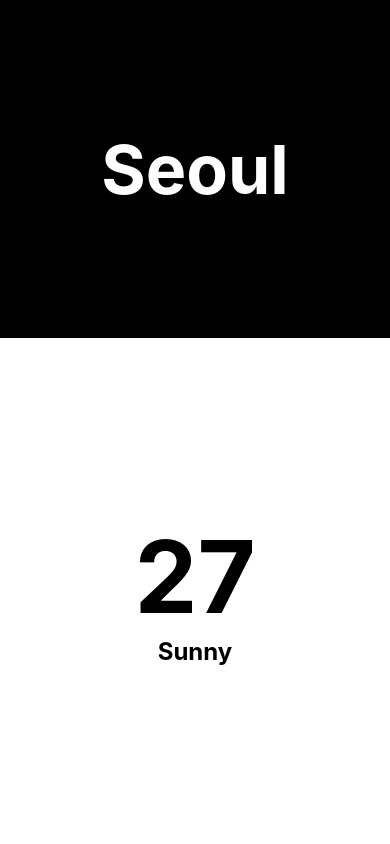
Repository: NewTurn2017/React-Native-Weather-App
Screen: /
An editor plug-in stored every save of this project. The screen is shown before and after the next save, followed by the edit.
The app was drawn by React Native's web renderer in a window 390 px wide. The project was rebuilt for these pictures with package versions that can differ from the ones it lists, and the page was loaded fresh each time.

Above is the screen before, as saved 2023-04-21 10:58:20.

### App.js
import { StatusBar } from 'expo-status-bar'
import { View, Text, StyleSheet } from 'react-native'

export default function App() {
  return (
    <View style={styles.container}>
      <StatusBar style="light" />
      <View style={styles.city}>
        <Text style={styles.cityName}>Seoul</Text>
      </View>
      <View style={styles.weather}>
        <View style={styles.day}>
          <Text style={styles.temp}>27</Text>
          <Text style={styles.description}>Sunny</Text>
        </View>
      </View>
    </View>
  )
}
const styles = StyleSheet.create({
  container: {
    flex: 1,
    backgroundColor: 'black',
  },
  cityName: {
    color: 'white',
    fontSize: 68,
    fontWeight: 'bold',
  },
  city: {
    flex: 2,
    backgroundColor: 'black',
    alignItems: 'center',
    justifyContent: 'center',
  },
  weather: {
    flex: 3,
    backgroundColor: 'white',
    alignItems: 'center',
    justifyContent: 'center',
  },
  day: {
    justifyContent: 'space-around',
    alignItems: 'center',
    paddingHorizontal: 20,
  },
  temp: {
    color: 'black',
    fontSize: 100,
    fontWeight: 'bold',
  },
  description: {
    color: 'black',
    fontSize: 24,
    fontWeight: 'bold',
  },
})

After the next save:
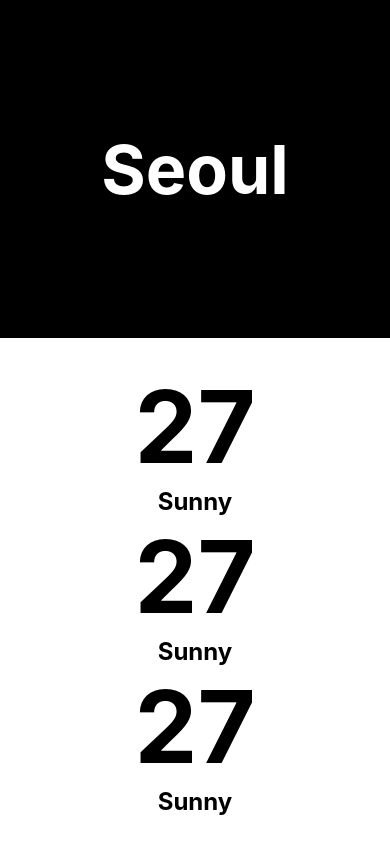
Saved 11 s later.
--- a/App.js
+++ b/App.js
@@ -9,6 +9,14 @@ export default function App() {
         <Text style={styles.cityName}>Seoul</Text>
       </View>
       <View style={styles.weather}>
+        <View style={styles.day}>
+          <Text style={styles.temp}>27</Text>
+          <Text style={styles.description}>Sunny</Text>
+        </View>
+        <View style={styles.day}>
+          <Text style={styles.temp}>27</Text>
+          <Text style={styles.description}>Sunny</Text>
+        </View>
         <View style={styles.day}>
           <Text style={styles.temp}>27</Text>
           <Text style={styles.description}>Sunny</Text>
